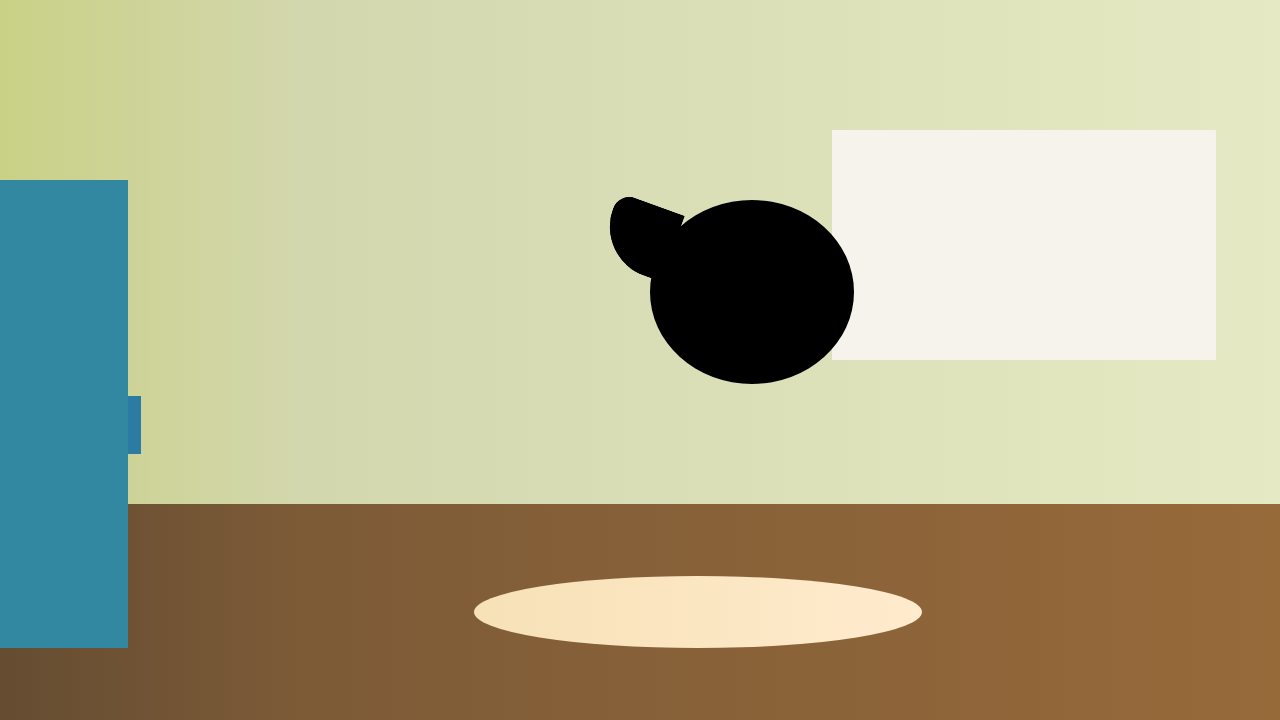
Repository: SandyLy453/COMP-2170-team-project
Page: index.html
The author's editor kept a copy of each file at every save. The page is drawn from the files as they stood at one save, then again after a run of saves.
The browser window is 1280 px wide. The pictures show the whole page.

Above is the page before, as saved 2024-05-03 12:22:31.

### index.html
<!DOCTYPE html>
<html lang="en">
<head>
    <meta charset="UTF-8">
    <meta name="viewport" content="width=device-width, initial-scale=1.0">
    <title>Team Project: Doll Dress-Up Game</title>
    <link rel="stylesheet" href="styles.css" />
</head>
<body>
    <main class="main-area">
        <div class="background">
            <div class="floor"></div>
            <div class="closet">
                <div class="openner"></div>
            </div>
            <div class="carpet"></div>
            <div class="window">
                <div class="outside"></div>
            </div>
            <div>
                <div></div>
                <div></div>
            </div>
        </div>

        <div class="character">
            <div class="cat">
                <div class="cat-head">
                    <div class="ears">

                        <div class="left-ear">
                            <div class="left-inner-ear">
                            </div>
                        </div>

                        <div class="right-ear">
                            <div class="right-inner-ear">
                            </div>
                        </div>
                    </div>

                    <div class="cat-eyes">
                        <div class="left-eye">
                            <div class="left-inner-eye">
                            </div>
                        </div>
                        <div class="right-eye">
                            <div class="right-inner-eye">
                            </div>
                        </div>
                    </div>

                    <div class="cat-nose"></div>

                    <div class="cat-mouth">
                        <div class="left-line"></div>
                        <div class="right-line"></div>
                    </div>

                    <div class="cat-whiskers-left">
                        <div class="whisker-left-top"></div>
                        <div class="whisker-left-middle"></div>
                        <div class="whisker-left-bottom"></div>
                    </div>
                    <div class="cat-whiskers-right">
                        <div class="whisker-right-top"></div>
                        <div class="whisker-right-middle"></div>
                        <div class="whisker-right-bottom"></div>
                    </div>
                </div>

                <div class="cat-body">
                    <div class="arm left-arm"></div>
                    <div class="arm right-arm"></div>
                    <div class="foot left-foot"></div>
                    <div class="foot right-arm"></div>
                </div>
            </div>
        </div>
    </main>
    <script src="script.js"></script>
</body>
</html>

### styles.css
body {
    margin: 0;
    width: 100vw;
    min-height: 100vh;
    background: linear-gradient(90deg, rgba(201,209,134,1) 0%, rgba(211,215,174,1) 24%, rgba(230,234,196,1) 100%);
}

/* Background styling */

.background {
    z-index: -10;
}

.floor {
    position: absolute;
    bottom: 0;
    width: 100vw;
    height: 30vh;
    background: linear-gradient(90deg, rgba(102,77,50,1) 1%, rgba(125,91,55,1) 24%, rgba(151,106,58,1) 100%);
    z-index: -2;
}

.closet {
    position: absolute;
    bottom: 10vh;
    left: 0;
    width: 10vw;
    height: 65vh;
    background-color: rgb(50, 135, 161);
}

.openner {
    position: relative;
    width: 1vw;
    height: 8vh;
    left: 10vw;
    bottom: -30vh;
    background-color: rgb(43, 123, 163);
}

.carpet {
    width: 35vw;
    height: 10vh;
    border-radius: 50%;
    background: linear-gradient(90deg, rgba(247,225,183,1) 0%, rgba(255,235,205,1) 100%);
    position: absolute;
    bottom: 10vh;
    right: 28vw;
}

.window {
    width: 30vw;
    height: 32vh;
    background-color: rgb(246, 243, 237);
    position: absolute;
    right: 5vw;
    top: 18vh;
}

/* Cat styling */

.cat-head {
    position: absolute;
    right: 0;
    left: 650px;
    top: 200px;
    bottom: 0;
    background-color: black;
    width: 200px;
    height: 180px;
    border: 2px solid black;
    border-radius: 50%;
}

.left-ear {
    position: absolute;
    z-index: 1;
    left: -47px;
    border-top-left-radius: 150px;
    border-top-right-radius: 50px;
    transform: rotate(-70deg);
    border-left: 35px solid;
    border-right: 35px solid;
    border-bottom: 70px solid black;
}

### script.js


const outfit = [
    {

    }
]

After the next 3 saves:
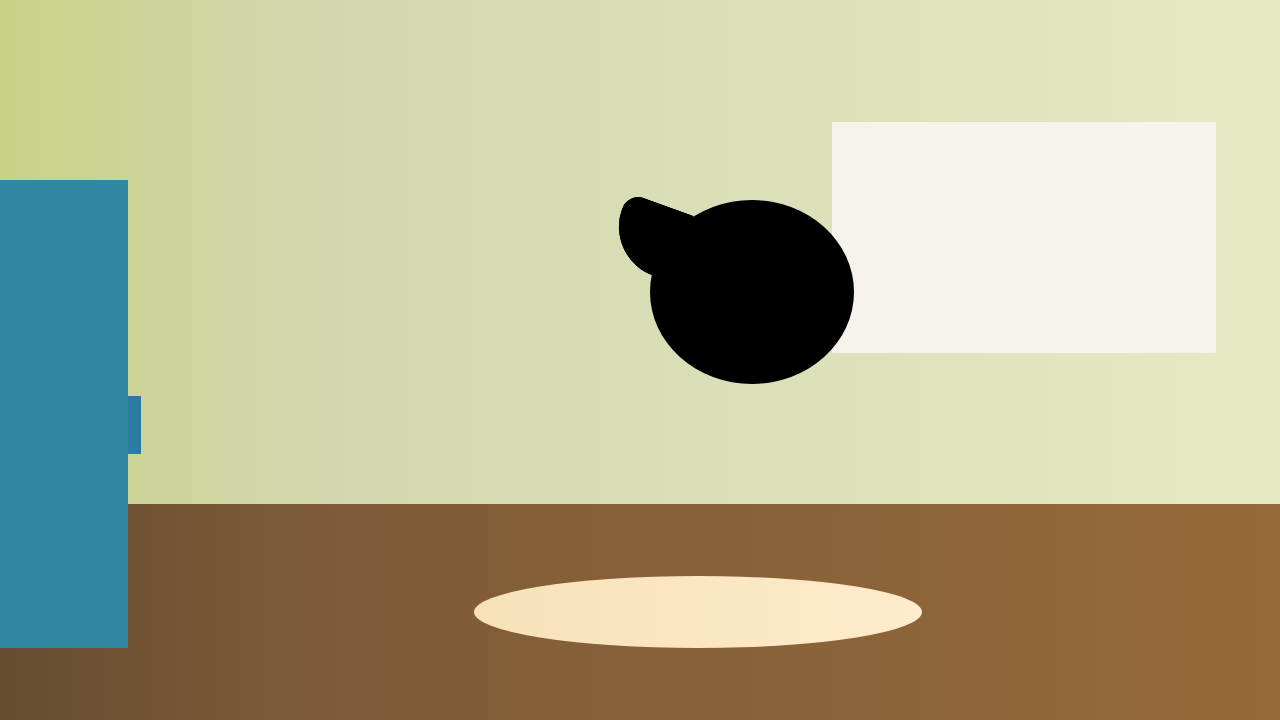
The 3 saves are shown as one change because they came seconds apart.
The last was saved 8 s later.
--- a/styles.css
+++ b/styles.css
@@ -54,7 +54,7 @@
     background-color: rgb(246, 243, 237);
     position: absolute;
     right: 5vw;
-    top: 18vh;
+    top: 17vh;
 }
 
 /* Cat styling */
@@ -75,7 +75,7 @@
 .left-ear {
     position: absolute;
     z-index: 1;
-    left: -47px;
+    left: -38px;
     border-top-left-radius: 150px;
     border-top-right-radius: 50px;
     transform: rotate(-70deg);
